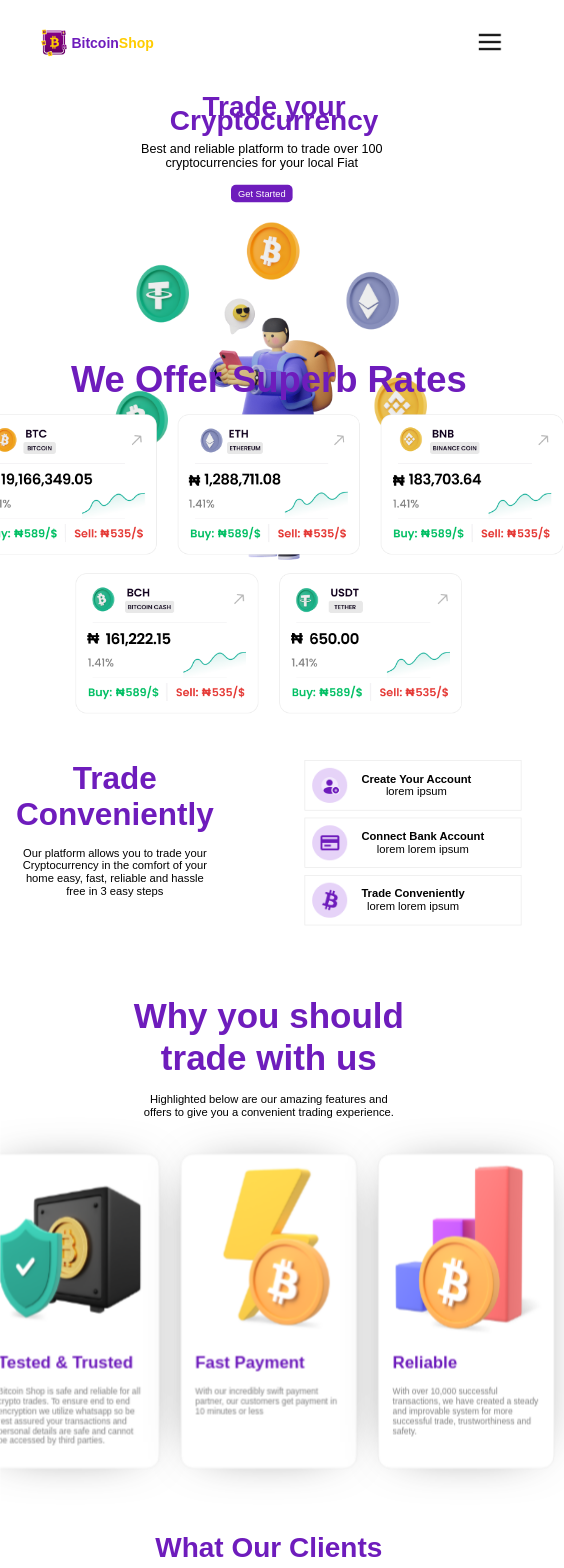
Repository: akinmiday/bitcoinshop-website
Page: /
An editor plug-in stored every save of this project. The page is shown before and after a run of saves, followed by the edit.
The browser window is 768 px wide. The page is 805 px wide, so the pictures cover 805 px, including what lies to the right of the window. The pictures show the part of the page from y = 0 to 2240 px (the page is 3084 px tall), at 70% of full size.
The project was rebuilt for these pictures with package versions that can differ from the ones it lists, and the page was loaded fresh each time. Also part of the build but not shown: vite.config.js.

Above is the page before, as saved 2023-07-12 05:53:46.

### src/App.jsx
import React from 'react'
import { Route, createBrowserRouter, RouterProvider, createRoutesFromElements } from "react-router-dom"
import './App.css'
import Layout from './components/layout'
import TitlePage from './pages/title'
import Rates from './pages/rates'



const router = createBrowserRouter(createRoutesFromElements(
  <Route path='/' element={<Layout />} >
    <Route index element={<TitlePage />} />
    <Route element={<Rates />} />

  </Route>
))

function App() {

  return (
    <RouterProvider router={router} />
  )
}

export default App

### src/index.css
*{
    margin: 0;
    padding: 0;
    box-sizing: border-box;
    /* font-family: 'Segoe UI', Tahoma, Geneva, Verdana, sans-serif ; */
    font-family: 'Poppins', sans-serif;
}

.header{
    display: flex;
    color:#6E1CBC;
    display: flex;
    align-items: center;
    border-bottom: #EAEAEA solid 1px;
    height: 60px;
    flex-shrink: 0;
    justify-content: space-between;
    padding: 20px;
}

.left-side-header{
  display: flex;
    align-items: center;
    font-weight: 500;
}

.left-side-header > img{
  padding: 5px;
    height: 50px;
}


.right-side-header{
    display: flex;
    align-items: center;
    font-weight: 500;
}

.right-side-header > img{
    padding: 10px;
    height: 44px;

}

.shop-logo{
    color:#FFCC00 ;
}


.middle-section-header {
    display: flex;
    justify-content: center;
    align-items: center;
    gap: 20px;
}

.right-side-header >button {
    background-color: #6E1CBC;
    color: #ffffff;
    padding: 5px 10px;
    border-radius: 8px;
    border: none;
}

.menu-icon-header{
display: none;
}

.footer{
    background-color: #6E1CBC;
    color: #ffffff;
    display: flex;
    justify-content: center;
    align-items: center;
    margin-top: auto;
    flex-shrink: 0;
    height: 45px;
}

.title-section{
    display: flex;
    padding: 30px;
    height: 400px;
    justify-content: space-around;

}



.left-side-title{
    width: 450px;
    padding: 20px;
}

.left-side-title > h1{
    color: #6E1CBC;
    font-size: 62px;
    font-style: normal;
    font-weight: 700;
    line-height: 78px;


}

.left-side-title > p{
    font-size: 18px;
    padding: 20px 0;
}

.left-side-title >button{
    color: #ffffff;
    background-color: #6E1CBC;
    padding: 5px 10px;
    border-radius: 7px;
    text-align: center;
    border: none;
}

.rates-section{
    color: #6E1CBC;
    text-align: center;
    font-size: 26px;
}

.rates-section h1 {
    padding: 20px;
}

.rates-section img{
    height: 200px;
}


.top-row-rates-section {
    display: flex;
    justify-content: center;
    margin-bottom: 20px;
    gap: 30px;
  }

.bottom-row-rates-section {
    display: flex;
    justify-content: center;
    gap: 30px;
  }

.trade-section{
    margin-top: 30px;
    display: flex;
    justify-content: center;
    align-items: flex-start;
    gap: 110px;
    flex-shrink: 0;
    padding: 20px;
  }

.left-trade-section{
    width: 400px;

  }

.left-trade-section h1 {
    color: #6E1CBC;
    font-size: 45px;
    padding: 10px;
  }

.left-trade-section p{
    padding: 10px;
  }

.trade-link-section >div{
    display: flex;
    align-items: center;
    width: 310px;
    padding: 10px;
    margin: 10px;
    border: #EAEAEA 1px solid;
  }

.trade-link-section > div >img{
    height: 50px;
    margin-right: 20px;
  }
  .trade-with-us{
    text-align: center;

    margin-top: 50px;
  }

.trade-with-us-heading > h1{
    color: #6E1CBC;
    font-size: 50px;
    line-height: 60px;
    padding: 20px;
  }

.trade-with-us-icon-section{
    display: flex;
    margin-top: 20px;
    padding-top: 30px;
    gap: 30px;
    justify-content: center;
    align-items: center;
    padding-bottom: 20px;
  }

.trade-with-us-icon-section >div{
    border-radius: 18px;
    border: 1px solid #EAEAEA;
    background: #FFF;
    backdrop-filter: blur(100px);
    width: 260px;
    height: 450px;
    text-align: left;
    box-shadow: -2px 0px 74px -36px rgba(0,0,0,0.71);
    -webkit-box-shadow: -2px 0px 74px -36px rgba(0,0,0,0.71);
    -moz-box-shadow: -2px 0px 74px -36px rgba(0,0,0,0.71);
  }

.trade-with-us-icon-section div >h2{
    color: #6E1CBC;
    padding: 20px;
  }

.trade-with-us-icon-section div >p{
    padding: 0 20px;
    font-size: 12px;
    color: #808080;
  }

.trade-with-us-icon-section img {
    width: 250px;
    height: 250px;
    margin-top: 10px;
  }

.carousel-area{
    display: flex;
    align-items: center;
    justify-content: center;
    gap: 20px;
    margin-top: 60px;
  }

.review-section{
    text-align: center;
    margin-top: 50px;

  }

.review-section h1{
    font-size: 40px;
    padding: 20px;
    color: #6E1CBC;
  }

.review-card{
    width: 70%;
    position: relative;
    align-items: center;


  }

.review-card-area {
    position: relative;
    display: flex;
    align-items: center;
    justify-content: center;

  }

.review-card-area h2{
    position: absolute;
    color: black;
    font-size: 18px;
    top: 70px;


  }

.review-card-area > p {
    position: absolute;
    font-size: 12px;
    width: 370px;
    color: black;
    top: 100px;
  }

.review-image{
    border-radius: 102px;
    border: 5px solid #6E1CBC;
    background: url(<path-to-image>), lightgray 50% / cover no-repeat, #C4C4C4;
    width: 102px;
    height: 102px;
    flex-shrink: 0;
    position: absolute;
    top: -50px;

  }

.trade-count-area{
    padding: 20px;
    margin-top: 30px;
    margin-bottom: 50px;
  }

.trade-count-area h1{
    font-size: 60px;
    color: #6E1CBC;
  }

.trade-count-area p{
    font-size: 35px;
    margin-top: -20px;
  }


.contact-section-area{
  display: flex;
  justify-content: space-around;
  border-top: #C4C4C4 1px solid;
  padding: 25px 15px;
}

.contact-section-area >div{
  margin-top: 20px;

}
.social-contact-area{
  display: flex;

}

.social-contact-area >img{
  width:100px;
  height: 100px;
  padding: 5px;
}

.social-contact-area >div >h1{
  color: #6E1CBC;
  padding: 3px 10px;
}

.social-icon-container{
  display: flex;
  padding-left: 10px;
  gap: 7px;
}

.contacts-area h3{
  color: #6E1CBC;
  font-size: smaller;
}

.contacts-area h4{
  font-size: smaller;
}

.contacts-area div{
  padding: 3px;
  padding-top: 10px;
}

a{
  text-decoration: none;
  color: black;
}


/* media queries */

@media (max-width: 800px) {


  /* header section */

.header{
  border: none;
}

.left-side-header >h3{
  font-size: 20px;
}

.middle-section-header{
  display: none;
}
.right-side-header{
  display: none;
}

.menu-icon-header{
 display: block;
}


/* title section */


.title-section{
  display: grid;
}

.left-side-title > h1{
  font-size: 40px;
  padding-left: 35px;
  line-height: 20px;
}
}

### src/components/layout.jsx
import React from "react";
import { Outlet } from "react-router-dom";
import Header from "./header";
import Footer from "./footer";
import Rates from "../pages/rates";


export default function Layout() {
    return (<>
        <Header />
        <main>
            <Outlet />
        </main>
        <Footer />
    </>)
}

### src/pages/title.jsx
import React from "react";
import groupIcons from "../assets/Group-icons-title.png"
import Rates from "./rates";
import TradeSection from "./tradeSection";
import TradeWithUs from "./tradewithus";
import Reviews from "./reviews";
import ContactSection from "./contactSection";

export default function TitlePage() {
    return (<>
        <div className="title-section" >
            <div className="left-side-title" >
                <h1>Trade your Cryptocurrency</h1>
                <p>Best and reliable platform to trade over 100 cryptocurrencies for your local Fiat</p>
                <button>Get Started</button>
            </div>
            <img src={groupIcons} />
        </div>
        <Rates />
        <TradeSection />
        <TradeWithUs />
        <Reviews />
        <ContactSection />
    </>
    )
}

### src/pages/rates.jsx
import React from "react";
import btcTrend from "../assets/bitcoin-trend-Item.png"
import ethTrend from "../assets/ETH-Trend-Item.png"
import bnbTrend from "../assets/BNB-Trend-Item.png"
import bchTrend from "../assets/BCH-Trend-Item.png"
import usdtTrend from "../assets/USDT-Trend-Item.png"

export default function Rates() {
    return (
        <div className="rates-section">
            <h1>We Offer Superb Rates</h1>
            <div className="top-row-rates-section">
                <div><img src={btcTrend} /></div>
                <div><img src={ethTrend} /></div>
                <div><img src={bnbTrend} /></div>
            </div>
            <div className="bottom-row-rates-section">
                <div><img src={bchTrend} /></div>
                <div><img src={usdtTrend} /></div>
            </div>
        </div>
    );
}

### src/components/header.jsx
import React from "react";
import logoImg from "../assets/bitcoinshop-logo.png"
import lightIcon from "../assets/Light-icon.png"
import menuIcon from "../assets/Menu.png"


export default function Header() {
    return (<div className="header" >
        <div className="left-side-header" ><img src={logoImg} />
            <h3>Bitcoin<span className="shop-logo" >Shop</span></h3>
        </div>
        <div className="middle-section-header" >
            <h4>Home</h4>
            <h4>Contact us</h4>
            <h4>About us</h4>
            <h4>FAQs</h4>
            <h4>Terms of Service</h4>
        </div>
        <div className="right-side-header" >
            <img src={lightIcon} />
            <button>Trade now</button>
        </div>
        <div className="menu-icon-header" >
            <img src={menuIcon} />
        </div>


    </div>)
}

### src/components/footer.jsx
import React from "react";

export default function Footer() {
    return (<>
        <div className="footer" >&#169; 2021 BitcoinShop. All rights reserved</div>
    </>)
}

### src/pages/tradeSection.jsx
import React from "react";
import profileIcon from "../assets/profile-icon.png"
import debitCardIcon from "../assets/debit-card-icon.png"
import bitcoinIcon from "../assets/bitcoin-icon.png"

export default function TradeSection() {
    return (
        <div className="trade-section">
            <div className="left-trade-section" >
                <h1>Trade Conveniently</h1>
                <p>Our platform allows you to trade your Cryptocurrency in the comfort of your home
                    easy, fast, reliable and hassle free in 3 easy steps
                </p>
            </div>
            <div className="trade-link-section" >
                <div>
                    <img src={profileIcon} />
                    <div>
                        <h4>Create Your Account</h4>
                        <p>
                            lorem ipsum
                        </p>
                    </div>
                </div>

                <div>
                    <img src={debitCardIcon} />
                    <div>
                        <h4>Connect Bank Account</h4>
                        <p>
                            lorem lorem ipsum
                        </p>
                    </div>
                </div>

                <div>
                    <img src={bitcoinIcon} />
                    <div>
                        <h4>Trade Conveniently</h4>
                        <p>
                            lorem lorem ipsum
                        </p>
                    </div>
                </div>
            </div>
        </div>
    )
}

### src/pages/tradewithus.jsx
import React from "react";
import securedIcon from "../assets/secured.png"
import fastPaymentIcon from "../assets/fast-payment.png"
import reliableIcon from "../assets/reliable.png"

export default function TradeWithUs() {
    return (
        <div className="trade-with-us" >
            <div className="trade-with-us-heading" >
                <h1>Why you should <br /> trade with us</h1>
                <p>Highlighted below are our amazing features and <br /> offers
                    to give you a convenient trading experience.
                </p>
            </div>
            <div className="trade-with-us-icon-section" >
                <div>
                    <img src={securedIcon} />
                    <h2>Tested & Trusted</h2>
                    <p>Bitcoin Shop is safe and reliable for all crypto trades. To ensure end to end encryption we utilize whatsapp
                        so be rest assured your transactions and personal details are safe and cannot be accessed by third parties.
                    </p>
                </div>
                <div>
                    <img src={fastPaymentIcon} />
                    <h2>Fast Payment</h2>
                    <p>With our incredibly swift payment partner, our customers get payment in 10 minutes or less</p>
                </div>
                <div>
                    <img src={reliableIcon} />
                    <h2>Reliable</h2>
                    <p>With over 10,000 successful transactions, we have created a steady and improvable system for more successful trade,
                        trustworthiness and safety.
                    </p>
                </div>
            </div>
        </div>
    )
}

### src/pages/reviews.jsx
import React from "react";
import reviewCard from "../assets/review-card.png"
import toRightIcon from "../assets/to-right-carousel.png"
import toLeftIcon from "../assets/to-left-carousel.png"
import profileIcon from "../assets/profile-icon.png"

export default function Reviews() {
    return (
        <div className="review-section" >
            <h1>What Our Clients<br />Say About Us</h1>

            <div className="carousel-area" >
                <div>
                    <img src={toLeftIcon} />
                </div>
                <div className="review-card-area" >
                    <img className="review-card" src={reviewCard} />
                    <img className="review-image" src={profileIcon} />
                    <h2>Bayo Midey</h2>
                    <p>Lorem ipsum dolor sit amet, consectetur adipiscing elit, sed do eiusmod tempor incididunt ut labore et dolore magna aliqua. Ut enim ad minim veniam, quis nostrud exercitation ullamco laboris nisi ut aliquip ex ea commodo consequat.</p>
                </div>
                <div>
                    <img src={toRightIcon} />
                </div>
            </div>
            <div className="trade-count-area" >
                <h1 >13,000+</h1>
                <p>Successful trades</p>
            </div>

        </div>
    )
}

### src/pages/contactSection.jsx
import React from "react";
import instagramIcon from "../assets/instagram-ic.png"
import facebookIcon from "../assets/facebook-ic.png"
import twitterIcon from "../assets/twitter-ic.png"
import youtubeIcon from "../assets/youtube-ic.png"
import logoImg from "../assets/logo-large.png"

export default function ContactSection() {
    return (
        <div className="contact-section-area">
            <div className="social-contact-area" >
                <img src={logoImg} />
                <div>
                    <h1>Bitcoin<span className="shop-logo" >Shop</span></h1>
                    <div className="social-icon-container" >
                        <img src={instagramIcon} />
                        <img src={facebookIcon} />
                        <img src={twitterIcon} />
                        <img src={youtubeIcon} />
                    </div>
                </div>
            </div>
            <div className="contacts-area" >
                <div >
                    <h3>Contact</h3>
                    <h4 ><a href="+2348124577931">+2348124577931</a></h4>
                </div>

                <div>
                    <h3>Email Address</h3>
                    <h4  ><a href="mailto: info@bitcoinshop.tech ">info@bitcoinshop.tech</a></h4>
                </div>

                <div>
                    <h3>Address</h3>
                    <h4>Area 5 Preboyes Complex Bodija,<br /> Ibadan Oyo.</h4>
                </div>
            </div>

            <div className="contacts-area">
                <div><h3>Home</h3></div>
                <div><h4>Conatct Us</h4></div>
                <div><h4>About Us</h4></div>
                <div><h4>FAQs</h4></div>
                <div><h4>Terms of Service</h4></div>
            </div>

        </div>

    )
}

Loaded but not shown: src/main.jsx (common file); src/App.css (common file)

After the next 2 saves:
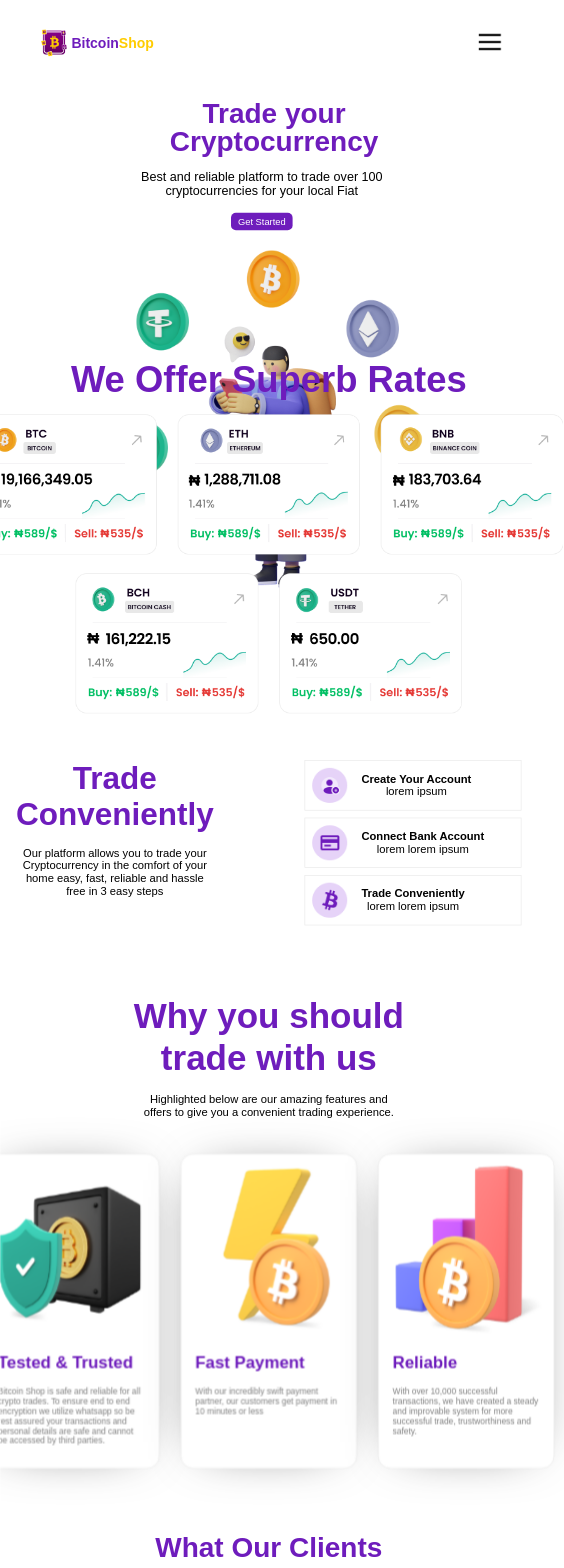
The 2 saves are shown as one change because they came seconds apart.
The last was saved 7 s later.
--- a/src/index.css
+++ b/src/index.css
@@ -407,6 +407,6 @@
 .left-side-title > h1{
   font-size: 40px;
   padding-left: 35px;
-  line-height: 20px;
-}
-}
+  line-height: 40px;
+}
+}
